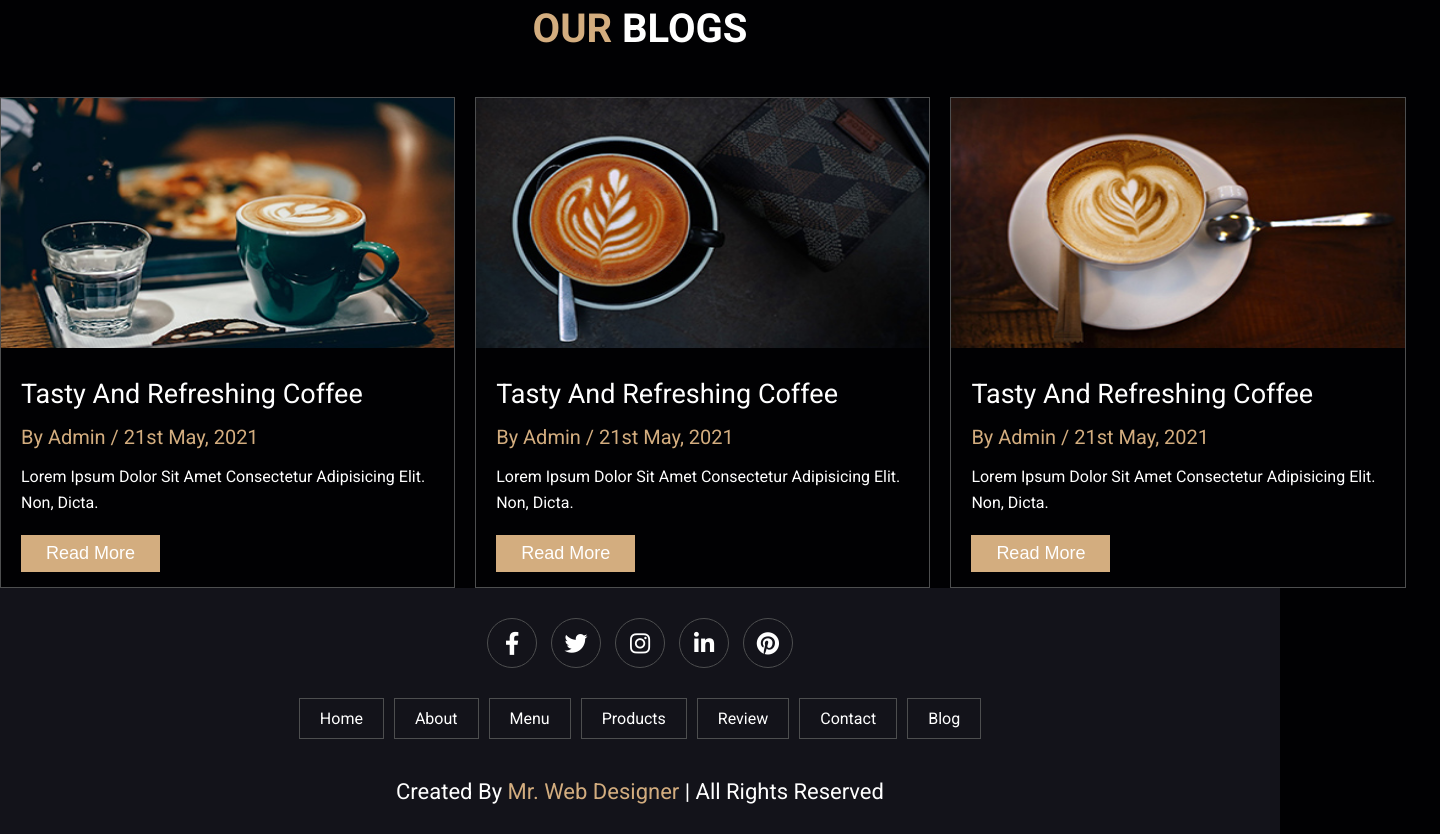
Repository: Dinhthai303/DinhThai
Page: index.html
These files come from the project's save history. The page is drawn as it stood at one moment and after the next save; the edit follows.
The browser window is 1280 px wide. The page is 1440 px wide, so the pictures cover 1440 px, including what lies to the right of the window. The pictures show the part of the page from y = 4307 to 5147 px (the page is 5141 px tall before and 5147 px after).

Above is the page before, as saved 2021-11-28 02:00:07.

After the next save:
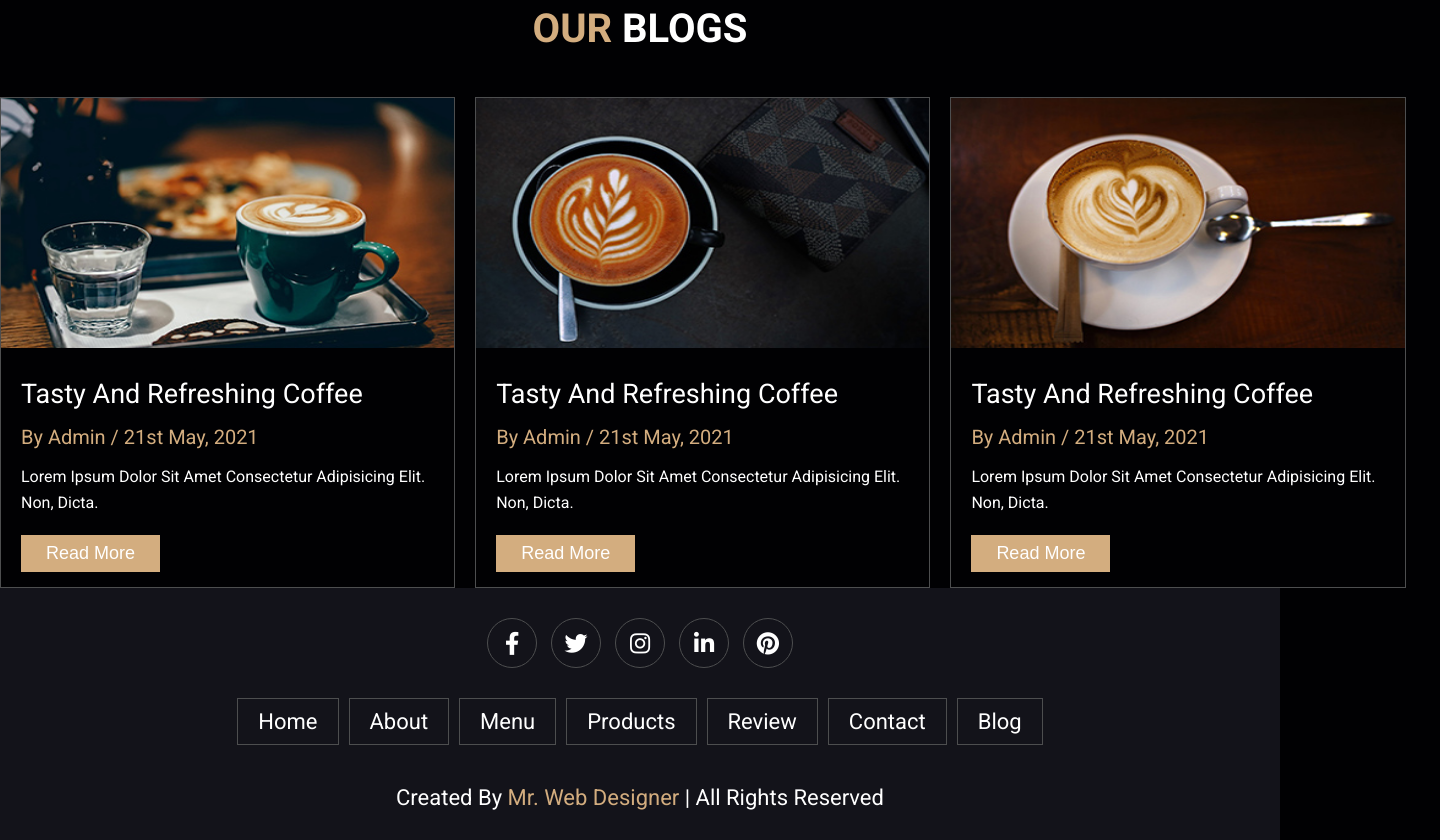
Saved 21 s later.
--- a/css/style.css
+++ b/css/style.css
@@ -355,6 +355,7 @@ body{
 .footer__link{
     color: white;
     text-decoration: none;
+    font-size: 22px;
 }
 .footer__item{
     padding: 10px 20px;
